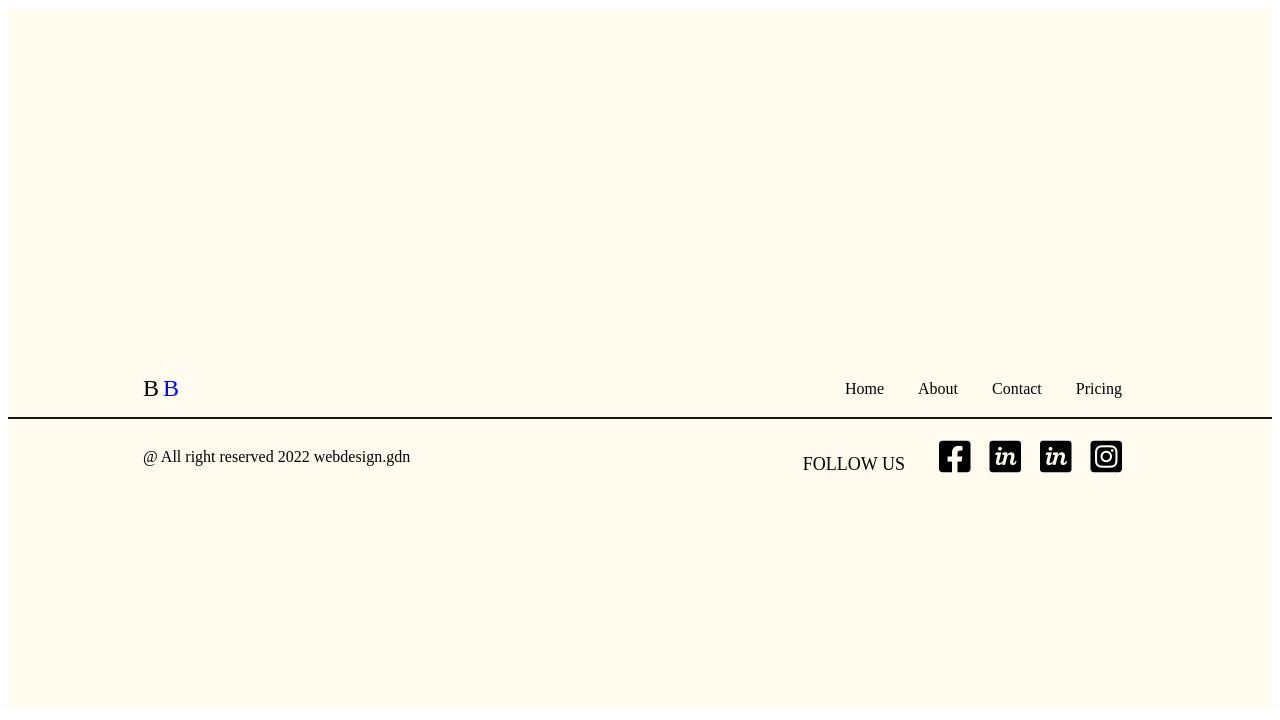
Repository: ngocphuocha/4lifeteam-marketing-agency
Page: index.html
An editor plug-in stored every save of this project. The page is shown before and after the next save, followed by the edit.
The browser window is 1280 px wide. The pictures show the whole page.

Above is the page before, as saved 2023-03-13 17:30:20.

After the next save:
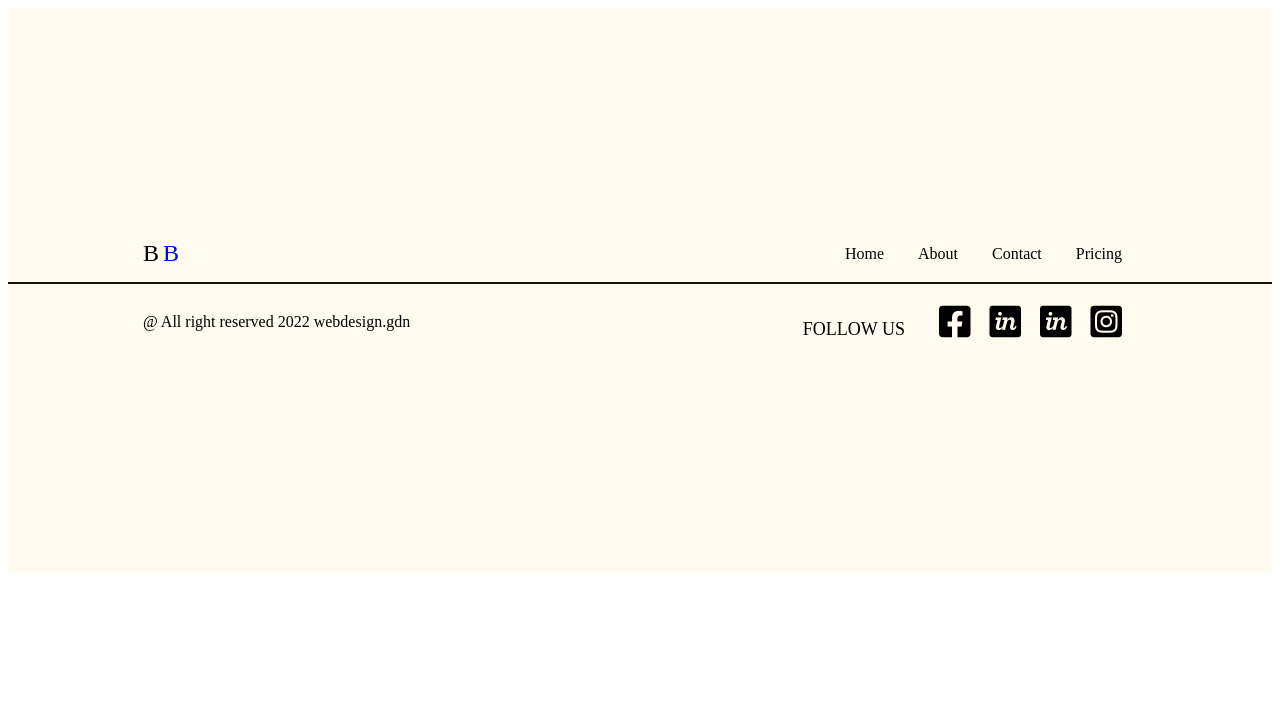
Saved 15 s later.
--- a/css/footer-service.css
+++ b/css/footer-service.css
@@ -11,7 +11,7 @@
     padding: 0px 135px 15px;
     border-bottom: 2px solid rgba(5, 5, 5, 0.938);
     /* margin-bottom: 20px; */
-    margin: 135px 0px 20px 0px;
+    margin: 0px 0px 20px 0px;
   }
 
   .background-footer .container .footer-left .span-1{
